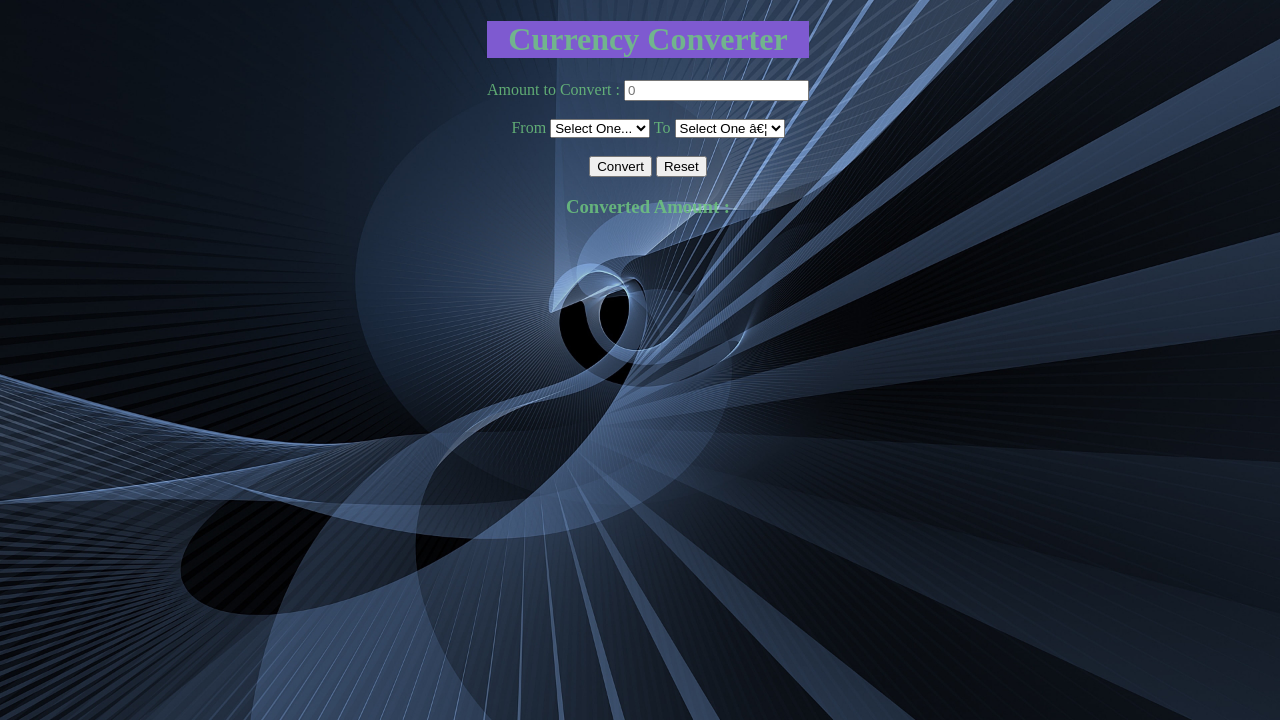
Repository: AJEET006/AdvanceJava-DSA
Page: ADVANCE_JAVA/HW_Example/WebContent/CurrencyConverter.html
An editor plug-in stored every save of this project. The page is shown before and after the next save, followed by the edit.
The browser window is 1280 px wide. The page is 1288 px wide, so the pictures cover 1288 px, including what lies to the right of the window. The pictures show the whole page.

Above is the page before, as saved 2022-06-21 20:04:03.

### ADVANCE_JAVA/HW_Example/WebContent/CurrencyConverter.html
<!DOCTYPE html>
<html>
<head>
<style>
	body{background-image:url("./home3.jpg"); height: 50%;width:100%;background-repeat: no-repeat;
	background-size: cover;}
</style>
<meta charset="ISO-8859-1">
<title>Insert title here</title>
</head>
<body>
	<center>
		<div style="color: rgba(110, 199, 126, 0.825);
border: size 2px;width:fit-content;">
	<h1 style="background-color: rgb(126, 90, 208);">Currency Converter</h1>
		  Amount to Convert :
		<input type="text" placeholder="0">
			<br/><br/>
				From
			            <select>
							<option value="select">Select One...</option>
							<option value="USD">USD</option>
							<option value="INR">INR</option>
						</select>
                To
				    	<select class="Select">
							<option placeholder="Enter">Select One …</option>
							<option value="USD">USD</option>
							<option value="INR">INR</option>
						</select>
					<center><br/>

				<input type ="button" value="Convert"/>

				<input type ="button" value="Reset"/>

			    <h3>Converted Amount :</h3>

</center>

</div>
</body>
</html>

After the next save:
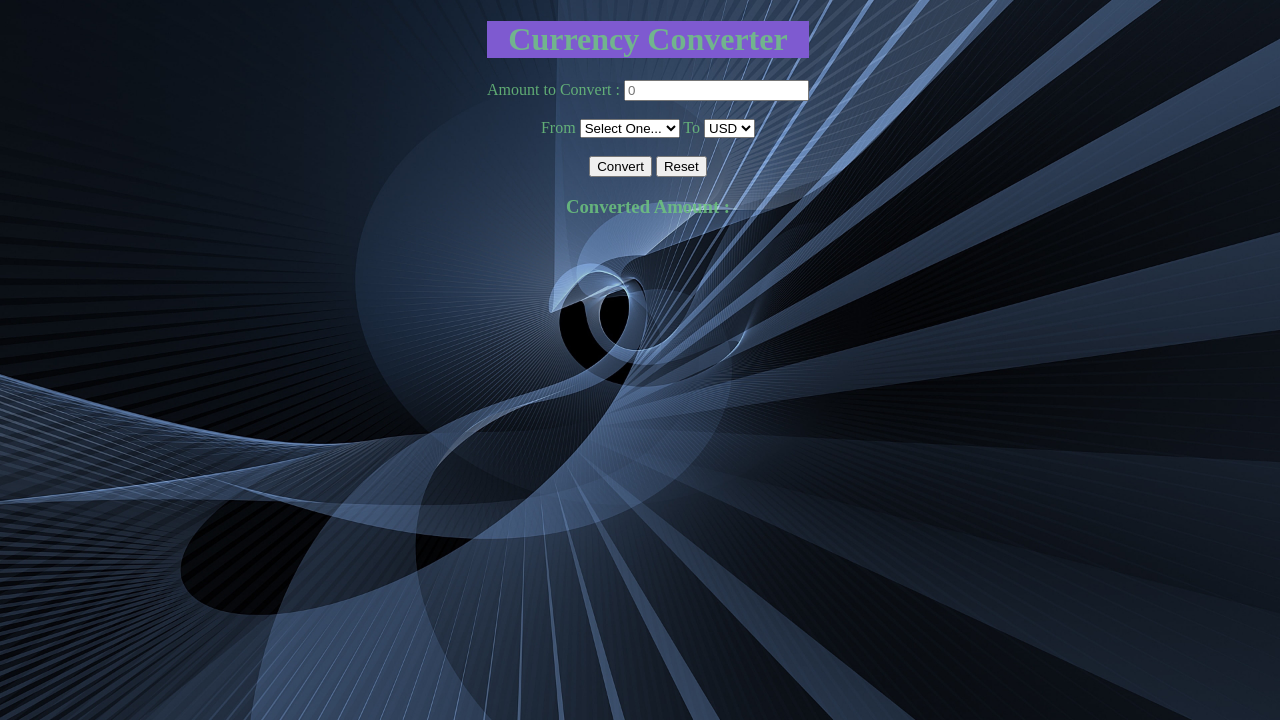
Saved 57 s later.
--- a/ADVANCE_JAVA/HW_Example/WebContent/CurrencyConverter.html
+++ b/ADVANCE_JAVA/HW_Example/WebContent/CurrencyConverter.html
@@ -24,7 +24,7 @@ border: size 2px;width:fit-content;">
 						</select>
                 To
 				    	<select class="Select">
-							<option placeholder="Enter">Select One …</option>
+
 							<option value="USD">USD</option>
 							<option value="INR">INR</option>
 						</select>
